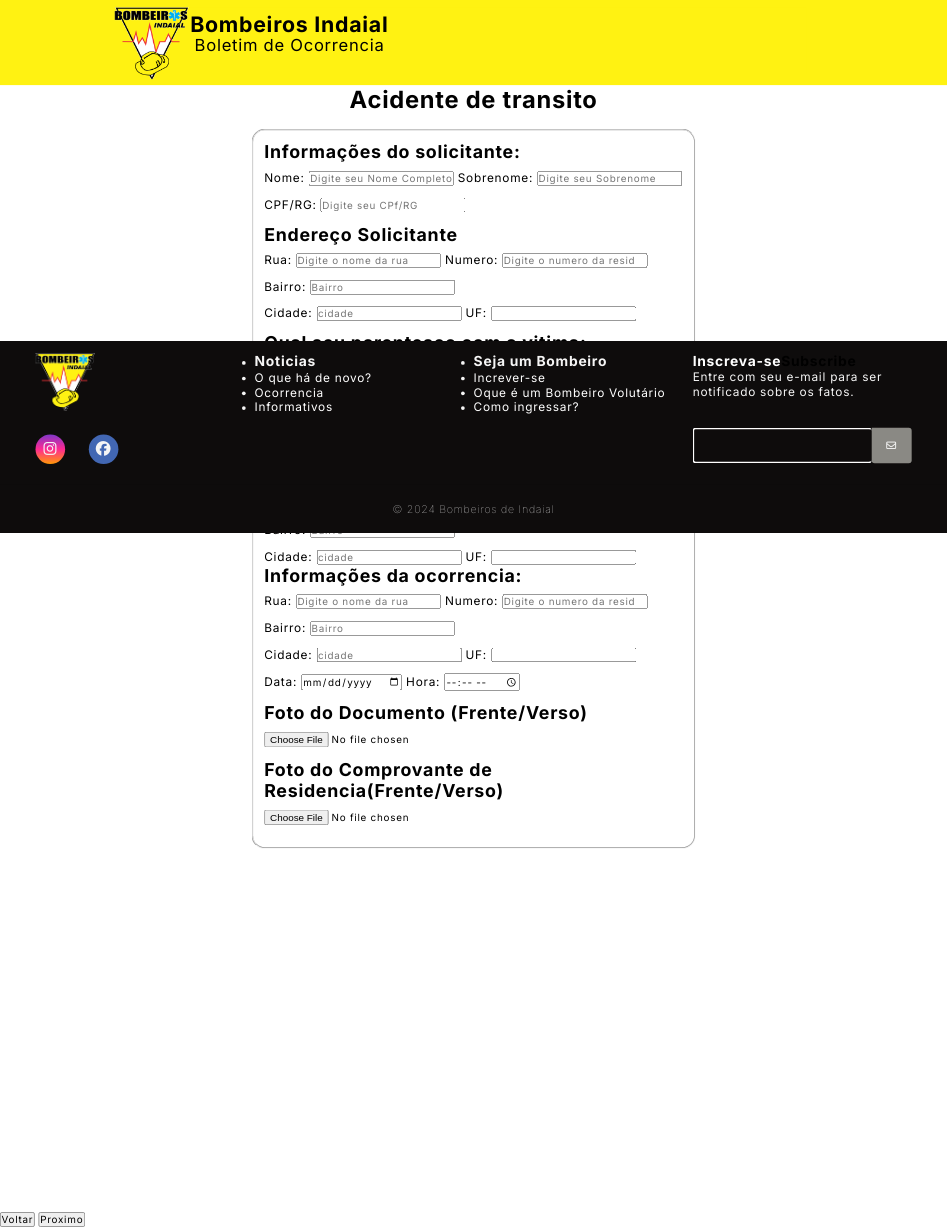
Repository: ThaylonKnopf/ProjetoBV
Page: AcidenteTransito/transitoparente/Form.html
An editor plug-in stored every save of this project. The page is shown before and after a run of saves, followed by the edit.
The browser window is 1280 px wide. The pictures show the whole page, at 74% of full size.

Above is the page before, as saved 2024-04-08 11:41:53.

### AcidenteTransito/transitoparente/Form.html
<!DOCTYPE html>
<html lang="pt-BR">

    <head>
        <meta charset="UTF-8">
        <meta name="viewport" content="width=device-width, initial-scale=1.0">
        <title>Requisição de B.O.</title>
        <link rel="stylesheet" href="estilo-fato.css">
        <link rel="shortcut icon"
            href="https://storage.googleapis.com/production-hostgator-brasil-v1-0-9/629/1202629/afAiZAhX/4db7fe933b1247ebbdbe06664fbece59">
        <link rel="stylesheet" href="https://cdnjs.cloudflare.com/ajax/libs/font-awesome/6.5.2/css/all.min.css"
            integrity="sha512-SnH5WK+bZxgPHs44uWIX+LLJAJ9/2PkPKZ5QiAj6Ta86w+fsb2TkcmfRyVX3pBnMFcV7oQPJkl9QevSCWr3W6A=="
            crossorigin="anonymous" referrerpolicy="no-referrer" />

    </head>

    <body>
        <header>
            <link rel="stylesheet" href="/header/footer/header.css">
            <main>
                <source media="(min-width:320px)" srcset="" sizes="300px">
                <div class="titulo">
                    <h1>Bombeiros&nbsp;Indaial</h1>
                </div>
                <div class="img">
                    <a href="https://bombeirosindaial.com.br/" target="_blank"><img src="../img/m.png"
                            alt="logo-bombeiro"></a>
                </div>
                <div class="p">
                    <p>Boletim&nbsp;de&nbsp;Ocorrencia</p>
                </div>
                </nav>
            </main>
        </header>
        <main class="menuh1">
            <h1>Acidente de transito</h1>
        </main>
        <form>
            <fieldset>
                <h2>Informações do solicitante:</h2>
                <div class="campo" required>
                    <label for="nome">Nome:</label>
                    <input type="text" name="nome" id="nome" placeholder="Digite seu Nome Completo" required>
                    <label for="sobrenome">Sobrenome:</label>
                    <input type="text" name="sobrenome" id="sobrenome" placeholder="Digite seu Sobrenome" required>
                </div>
                <div id="cpf">
                    <label for="cfp">CPF/RG:</label>
                    <input type="text" name="cfp" id="cpf" placeholder="Digite seu CPf/RG" required>
                </div>
                <h2>Endereço Solicitante</h2>
                <div id="rua">
                    <label for="rua">Rua:</label>
                    <input type="text" name="rua" id="rua" placeholder="Digite o nome da rua" required>
                    <label for="rua">Numero:</label>
                    <input type="number" name="numero" id="numero" placeholder="Digite o numero da residencia."
                        required>
                </div>
                <div id="bairro">
                    <label for="bairro">Bairro:</label>
                    <input type="text" name="bairro" id="bairro" placeholder="Bairro" required>
                </div>
                <div>
                    <label for="cidade">Cidade:</label>
                    <input type="text" name="cidade" id="cidade" placeholder="cidade" required>
                    <label for="estado">UF:</label>
                    <input type="text" name="estado" id="estado" required>
                </div>
                <h2>Qual seu parentesco com a vitima:</h2>
                <select name="parentesco" id="parente">
                    <option selected disabled value="">Selecione</option>
                    <option>Pai/Mae</option>
                    <option>Irmão/Irmã</option>
                    <option>Conjuge</option>
                    <option>Filho/Filha</option>
                    <option>Avô/Avó</option>
                    <option>Responsável Legal</option>
                </select>
                <h2>Informações da vitima:</h2>
                <div class="campov">
                    <label for="nomev">Nome:</label>
                    <input type="text" name="nome" id="nomev" placeholder="Digite seu Nome" required>
                    <label for="sobrenome">Sobrenome:</label>
                    <input type="text" name="sobrenome" id="sobrenomev" placeholder="Digite seu Sobrenome" required>
                </div>
                <div id="cpfv">
                    <label for="cfp">CPF/RG:</label>
                    <input type="text" name="cfp" id="cpfv" placeholder="Digite seu CPf/RG" required>
                </div>
                <h2>Endereço Vitima</h2>
                <div id="ruav">
                    <label for="rua">Rua:</label>
                    <input type="text" name="rua" id="ruavi" placeholder="Digite o nome da rua" required>
                    <label for="numero">Numero:</label>
                    <input type="number" name="numero" id="numerov" placeholder="Digite o numero da residencia."
                        required>
                </div>
                <div id="bairrov">
                    <label for="bairro">Bairro:</label>
                    <input type="text" name="bairro" id="bairrov" placeholder="Bairro" required>
                </div>
                <div>
                    <label for="cidade">Cidade:</label>
                    <input type="text" name="cidade" id="cidadev" placeholder="cidade" required>
                    <label for="estado">UF:</label>
                    <input type="text" name="estado" id="estadov" required>
                <h2>Informações da ocorrencia:</h2>
                <div id="ruao">
                    <label for="rua">Rua:</label>
                    <input type="text" name="rua" id="ruaoc" placeholder="Digite o nome da rua" required>
                    <label for="numero">Numero:</label>
                    <input type="number" name="numero" id="numeroc" placeholder="Digite o numero da residencia."
                        required>
                </div>
                <div id="bairroc">
                    <label for="bairro">Bairro:</label>
                    <input type="text" name="bairro" id="bairroc" placeholder="Bairro" required>
                </div>
                <div>
                    <label for="cidade">Cidade:</label>
                    <input type="text" name="cidade" id="cidadec" placeholder="cidade" required>
                    <label for="estado">UF:</label>
                    <input type="text" name="estado" id="estadoc" required>
                </div>
                <div id="data">
                    <label for="data">Data:</label>
                    <input type="date" name="dataoc" id="dataoc">
                    <label for="hora">Hora:</label>
                    <input type="time" name="horaoc" id="horaoc">
                </div>
                <div class="doc">
                    <h2>Foto do Documento (Frente/Verso)</h2>
                    <input type="file" name="doc" id="doc">
                </div>
                <div class="res">
                    <h2>Foto do Comprovante de Residencia(Frente/Verso)</h2>
                    <input type="file" name="doc">
                </div>
            </fieldset>
    </form>
        <main class="main-botao">
            <div class="continuar" required>
                <a href="../transitoselecionar/transito1.html"><button class="voltar">Voltar</button></a>
                <a href="/AcidenteTransito/transitoparente/Concluido.html"><button class="prox" required>Proximo</button></a>
            </div>
        </main>
        <footer id="footer">
            <link rel="stylesheet" href="/header/footer/footer.css">
            <div id="footer_content">
                <div id="footer_contacts">
                    <a href="https://bombeirosindaial.com.br/" target="_blank">
                        <h1>
                            <img src="../img/m.png" width="80px" alt="">
                        </h1>
                    </a>
                    <div id="footer_social_media">
                        <a href="#" class="footer-link" id="instagram">
                            <i class="fa-brands fa-instagram"></i>
                        </a>
                        <a href="#" class="footer-link" id="facebook">
                            <i class="fa-brands fa-facebook"></i>
                        </a>
                    </div>
                </div>
                <ul class="footer-list">
                    <li>
                        <h3>Noticias</h3>
                    </li>
                    <li>
                        <a href="#" class="footer-link">O que há de novo?</a>
                    </li>
                    <li>
                        <a href="#" class="footer-link">Ocorrencia</a>
                    </li>
                    <li>
                        <a href="#" class="footer-link">Informativos</a>
                    </li>
                </ul>
                <ul class="footer-lists">
                    <li>
                        <h3 id="pro">Seja um Bombeiro</h3>
                    </li>
                    <li>
                        <a href="#" class="footer-links">Increver-se</a>
                    </li>
                    <li>
                        <a href="#" class="footer-links">Oque é um Bombeiro Volutário</a>
                    </li>
                    <li>
                        <a href="#" class="footer-links">Como ingressar?</a>
                    </li>
                </ul>
                <div id="footer_subscribe">
                    <h3>Subscribe</h3>
                    <p>
                        Entre com seu e-mail para ser notificado sobre os fatos.
                    </p>
                    <div id="input_group">
                        <input type="email" id="email">
                        <button>
                            <i class="fa-regular fa-envelope"></i>
                        </button>
                    </div>
                </div>
            </div>
            <div id="footer_copyright">
                &#169
                2024 Bombeiros de Indaial
            </div>
        </footer>
        <script src="script.js"></script>
    </body>

</html>

### AcidenteTransito/transitoparente/estilo-fato.css
@charset "UTF-8";

@import url('https://fonts.googleapis.com/css2?family=Bebas+Neue&family=Inter:wght@100..900&display=swap');

:root {
    --color-neutral-0: #0e0c0c;
    --color-neutral-10: #171717;
    --color-neutral-30: #a8a29e;
    --color-neutral-40: #f5f5f5;

}

* {
    margin: 0PX;
    padding: 0PX;
    font-family: 'Inter', sans-serif;
    box-sizing: border-box;
    letter-spacing: 1px;
}

P {
    margin: 15px 0px 15px 0px;
}
.menuh1{
    margin: 0px auto 20px auto;
    max-width: 470px;
    text-align: center;
}

form{
    max-width: 600px;
    margin: 0px auto 490px auto;
}
fieldset{
    border-radius: 18px;
    padding: 15px;
}
fieldset div{
    margin-bottom: 15px;
}
h2{
    margin-bottom: 10px;
}
select{
    margin-bottom: 10px;
}

@media (max-width: 970px) {
    .menu section {
        width: 80%;
    }
    .menuh1{
        width: 80%;
    }
    form fieldset{
        width: 470px;
        margin: 10px;
    }
    fieldset div{
        display: grid;
    }
    fieldset div input{
        margin-left: 25px;
        margin-right: 20px;
    }

    .res{
        margin-right: 20px;
        margin-bottom: 20px;
    }
    .menuh1 form h2{
        margin-left: 10px;
    }
}
@media screen and (max-width: 376px) {
    .tit{
        margin-top: -100px;
    }
    .menu .container{
        width: 80%;
        margin-top: 150px;
    }
    .menu {
        width: 300px;
    }
}

### header/footer/header.css
@charset "UTF-8";

@import url('https://fonts.googleapis.com/css2?family=Bebas+Neue&family=Inter:wght@100..900&display=swap');

:root {
    --color-neutral-0: #0e0c0c;
    --color-neutral-10: #171717;
    --color-neutral-30: #a8a29e;
    --color-neutral-40: #f5f5f5;

}

* {
    margin: 0PX;
    padding: 0PX;
    font-family: 'Inter', sans-serif;
    box-sizing: border-box;
    letter-spacing: 1px;
}

main {
    height: auto;
}
main .titu{
    text-align: center;
}

P {
    margin: 15px 0px 15px 0px;
}

header {
    background-color: #FFF212;
    height: 115px;
    padding-top: 10px;
    padding-bottom: 0px;
}

header main {
    background-color: #FFF212;
    width: 900px;
    margin: auto;
    padding-top: 0px;
    padding-bottom: 0px;
    height: 90px;

}

header main h1 {
    margin-left: 67px;
    font-size: 1.8em;
    padding-top: 5px;
    margin-top: 0px;
}

header main img {
    width: 100px;
    margin-top: -40px;
    margin-left: -35px;
}

header main p {
    margin-left: 73px;
    margin-top: -64px;
    font-size: 1.4em;
}
@media screen and (max-width: 976px) {
    header main{
        margin: auto;
        width: 80%;
    }
}

@media screen and (max-width: 499px) {
    header{
        height: 110px;
    }
    header main{
        margin: auto;
        font-size: 12px;
        align-items: center;
    }
    header main img{
        width: 80px;
        margin-top: -25px;
        margin-left: -15px;
    }
    header main h1{
        margin-bottom: 5px;
        margin-left: 70px;
    }
    header main p {
        margin-top: -55px;
    }
}

### header/footer/footer.css
@charset "UTF-8";

@import url('https://fonts.googleapis.com/css2?family=Bebas+Neue&family=Inter:wght@100..900&display=swap');

:root {
    --color-neutral-0: #0e0c0c;
    --color-neutral-10: #171717;
    --color-neutral-30: #a8a29e;
    --color-neutral-40: #f5f5f5;

}

* {
    margin: 0PX;
    padding: 0PX;
    font-family: 'Inter', sans-serif;
    box-sizing: border-box;
    letter-spacing: 1px;
}

footer {
    position: fixed;
    bottom: 0;
    left: 0%;
    color: var(--color-neutral-40);
}

.footer-link {
    text-decoration: none;
    color: white;
}

.footer-links {
    text-decoration: none;
    color: white;
}

#footer_content {
    background-color: var(--color-neutral-0);
    display: grid;
    grid-template-columns: repeat(4, 1fr);
    padding: 1rem 3rem;
    max-height: 205px;

}

#footer_contacts {
    margin-bottom: 0.75rem;
}

#footer_social_media {
    display: flex;
    gap: 2rem;
    margin-top: 1.5rem;
}

#footer_social_media .footer-link {
    display: flex;
    align-items: center;
    justify-content: center;
    height: 2.5rem;
    width: 2.5rem;
    color: var(--color-neutral-40);
    border-radius: 50%;
    transition: 0.4s;
}

#footer_social_media .footer-link i {
    font-size: 1.25rem;
}

#footer_social_media .footer-link:hover {
    opacity: 0.8;
}

#instagram {
    background: linear-gradient(#7f37c9, #ff2992, #ff9807);
    text-decoration: none;
}

#facebook {
    background-color: #4267b3;
    text-decoration: none;
}

.footer_list {
    display: flex;
    flex-direction: column;
    gap: 0.75rem;
    list-style: none;

}

.footer-link:hover{
    text-decoration: underline;
}
.footer-links:hover{
    text-decoration: underline;
}

#footer_subscribe {
    display: flex;
    flex-direction: column;
    gap: 1.5rem;
}

#footer_subscribe h3::before{
    content: "Inscreva-se";
    color:white;
}
#footer_subscribe h3{
    color:black;
    margin-bottom: -40px;
}
#footer_subscribe p {
    color: var(--color-neutral-40);
}

#input_group {
    display: flex;
    align-items: center;
    background-color: 4px;
    border-radius: 4px;
}

#input_group input {
    all: unset;
    padding: 0.75rem;
    width: 100%;
    border-top: 2px solid white;
    border-bottom: 2px solid white;
    border-left: 2px solid white;
    border-radius: 4px;
}

#input_group button {
    background-color: #8a8984;
    border: none;
    color: var(--color-neutral-40);
    padding: 0px 1.25rem;
    height: 100%;
    border-radius: 0px 4px 4px 4px;
    cursor: pointer;
    transition: all 0.4s;
}

#input_group button:hover {
    opacity: 0.8;
}

#footer_copyright {
    display: flex;
    justify-content: center;
    background-color: var(--color-neutral-0);
    font-size: 0.9rem;
    padding: 1.5rem;
    font-weight: 100;
}

@media screen and (max-width:768px) {
    #footer_content {
        grid-template-columns: repeat(2, 1fr);
        gap: 2rem;
    }

    #input_group input {
        border-top: 2px solid rgb(0, 0, 0);
        border-bottom: 2px solid rgb(0, 0, 0);
        border-left: 2px solid rgb(0, 0, 0);
        border-radius: 4px;

    }

    #footer {
        position: relative;
    }

    #footer_subscribe{
        margin-top: 65px;
    }

    #footer_subscribe h3::before {
        color: rgb(0, 0, 0);
        content: "Inscreva-se";
    }
    #footer_subscribe h3{
        color:white;

    }

    #footer_subscribe p {
        color: rgb(0, 0, 0);
        margin-top: 15px;
    }

    .footer-lists{
        margin-top: 65px;
    }

    .footer-links {
        color: black;
        text-decoration: none;
    }

    #pro {
        color: black;
    }
    .footer-links:hover {
        color: black;
        text-decoration: underline;
    }
    .footer-link:hover {
        text-decoration: underline;
    }


}

@media screen and (max-width:426px) {
    #footer_content {
        grid-template-columns: repeat(1, 1fr);
        padding: 3rem 2;
    }

    #input_group input {
        border-top: 2px solid rgb(0, 0, 0);
        border-bottom: 2px solid rgb(0, 0, 0);
        border-left: 2px solid rgb(0, 0, 0);
        border-radius: 4px;
    }

    #footer {
        position: relative;
    }

    #footer_subscribe .p {
        color: black;
    }
    #footer_copyright {
        position: absolute;
        height: 100px;
        bottom:0;
        left: 0;
        width: 100%;
    }

    .footer-list {
        color:black;
        margin-top: 20px;
    }
    .footer-link {
        color: black;
    }
    .footer-lists {
        color:black;
        margin-top: 2px;
    }

    .footer-links {
        color: black;
    }

    #pro {
        color: black;
    }
    .footer-links:hover {
        color: black;
        text-decoration: underline;
    }
    #input_group button {
        background-color: #8a8984;
        border: none;
        color: var(--color-neutral-40);
        padding: 0px 1.25rem;
        height: 80%;
        border-radius: 4px 4px 4px 4px;
        cursor: pointer;
        transition: all 0.4s;
        margin-bottom: 10px;
        margin-left: 1px;
    }
    #input_group input {
        border-top: 2px solid rgb(0, 0, 0);
        border-bottom: 1px solid rgb(0, 0, 0);
        border-left: 2px solid rgb(0, 0, 0);
        border-radius: 4px;
        margin-bottom: 15px;
    }
    #footer_contacts{
        margin: 0px auto;
    }
    #footer_contacts h1{
        margin-left: 13px;
    }
}

@media screen and (max-width: 413px) {
    #footer_content{
        margin-bottom: 140px;
    }
}

Loaded but not shown: AcidenteTransito/transitoparente/script.js (no copy from this time; the picture is the same without it)

After the next 2 saves:
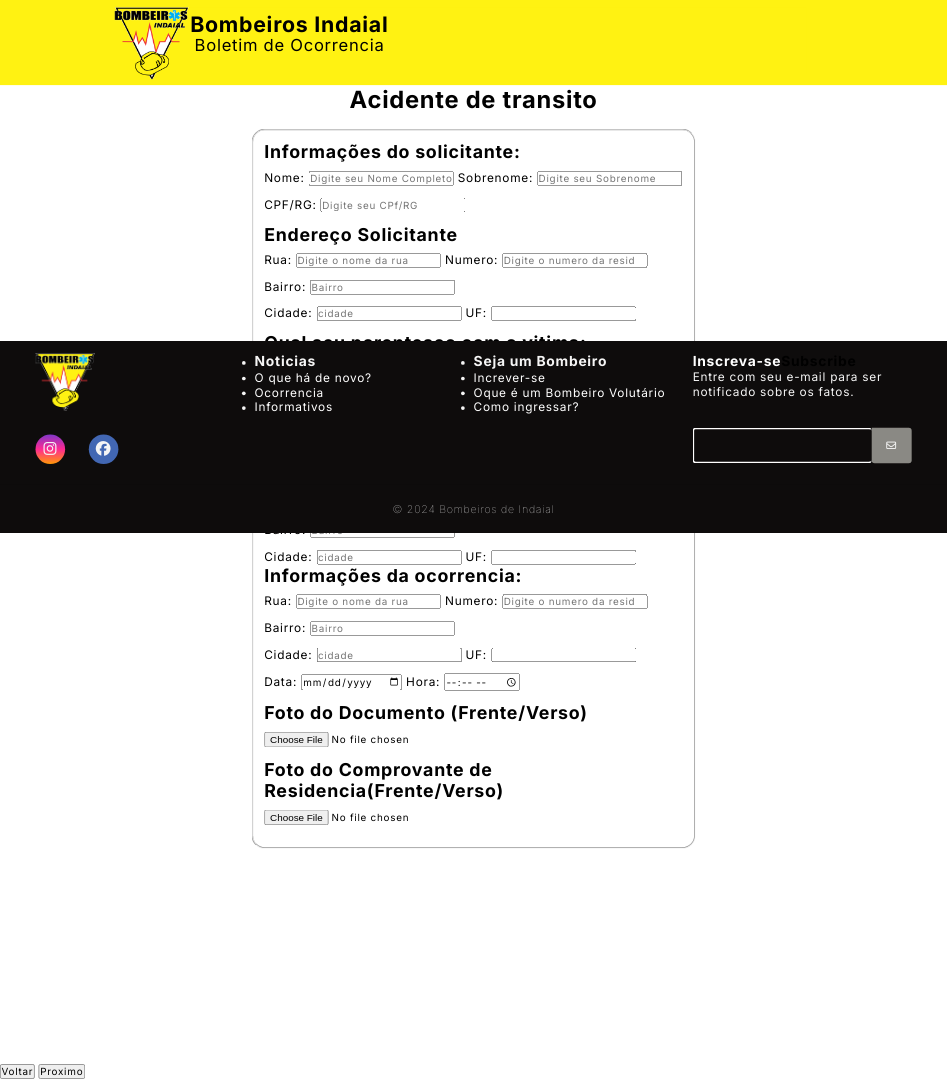
The 2 saves are shown as one change because they came seconds apart.
The last was saved 6 s later.
--- a/AcidenteTransito/transitoparente/estilo-fato.css
+++ b/AcidenteTransito/transitoparente/estilo-fato.css
@@ -29,7 +29,7 @@
 
 form{
     max-width: 600px;
-    margin: 0px auto 490px auto;
+    margin: 0px auto 290px auto;
 }
 fieldset{
     border-radius: 18px;
